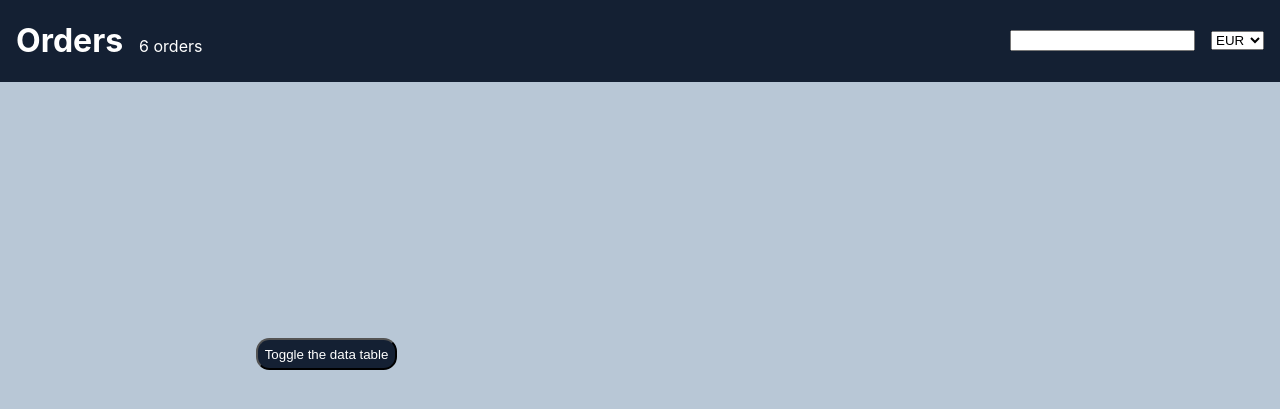
Repository: PreetiToppo/Assignment_Question_1
Page: /
These files come from the project's save history. The page is drawn as it stood at one moment and after the next save; the edit follows.
The browser window is 1280 px wide. The pictures show the whole page.
The project was rebuilt for these pictures with package versions that can differ from the ones it lists, and the page was loaded fresh each time. Also part of the build but not shown: src/component/list/ListRow.module.css, src/component/list/ListRow.jsx, src/component/list/ListRowCell.module.css, src/component/list/ListRowCell.jsx, src/component/list/ListHeader.jsx, src/component/list/ListHeaderCell.module.css, src/component/list/ListHeaderCell.jsx, src/component/list/List.module.css and 4 more.

Above is the page before, as saved 2023-08-06 13:29:21.

After the next save:
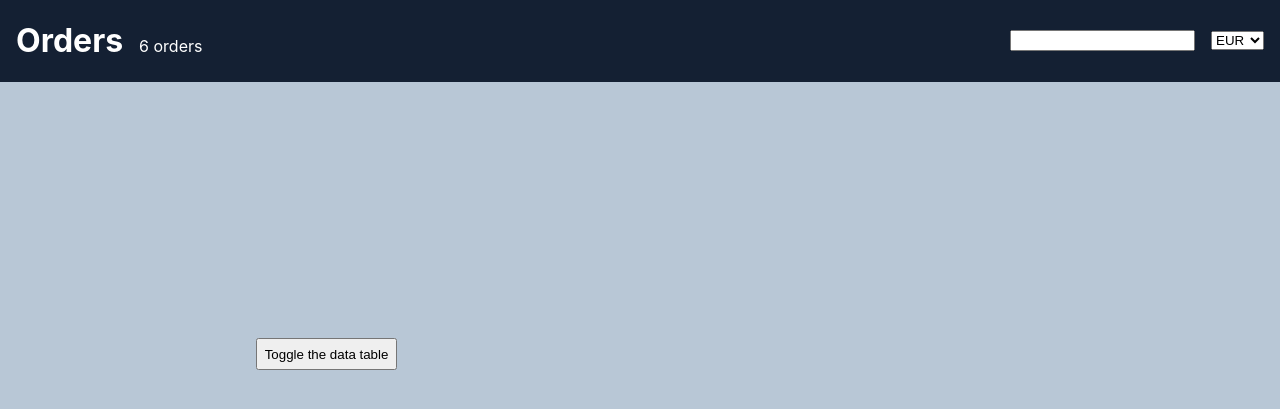
Saved 49 s later.
--- a/src/pages/Dashboard.module.css
+++ b/src/pages/Dashboard.module.css
@@ -32,8 +32,5 @@
   justify-content: center;
   align-items: center;
   padding: 0.5em;
-  background-color: #142033;
-  color: white;
-  border-radius: 1em;
   margin: 20% 20%;
 }
